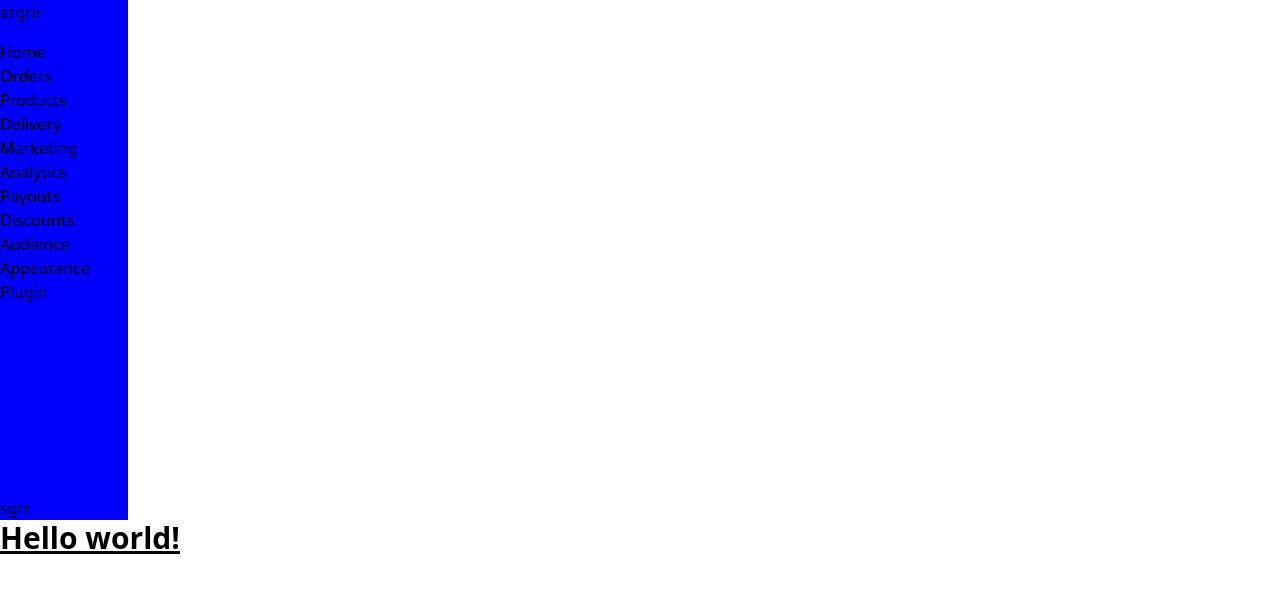
Repository: Yh010/dukaanDashboard
Page: /
These files come from the project's save history. The page is drawn as it stood at one moment and after the next save; the edit follows.
The browser window is 1280 px wide. The pictures show the whole page.
Pictures or frames that could not be fetched are drawn as grey boxes. The project was rebuilt for these pictures with package versions that can differ from the ones it lists, and the page was loaded fresh each time. Also part of the build but not shown: vite.config.js, src/App.css.

Above is the page before, as saved 2024-01-21 14:59:24.

### src/App.jsx
/* import { useState } from 'react' */
/* import reactLogo from './assets/react.svg'
import viteLogo from '/vite.svg' */
import './App.css'
import SideNavBar from './components/sidenavbar'
import Navbar from './components/navbar'

function App() {
/*   const [count, setCount] = useState(0) */

  return (
    <div className='grid grid-cols-10'>
      <div className='col-span-1'>
         <SideNavBar/>
      </div>

      <navbar/>
        <h1 className="text-3xl font-bold underline col-span-9">
            Hello world!
        </h1>

    </div>

  )
}

export default App

### src/components/sidenavbar.jsx
function SideNavBar() {
    return (
        <div className="sidenavbar" style={{backgroundColor:"blue"}} >

            <div className=" space-y-48 justify-between ">
                <div className="space-y-4">
                    <div id="head">
                        ergre
                    </div>

                    <div id="items align-middle">
                        <ul>
                            <li>
                                <button>Home</button>
                            </li>
                            <li>
                                <button>Orders</button>
                            </li>
                            <li>
                                <button>Products</button>
                           </li>
                            <li>
                                 <button>Delivery</button>
                            </li>
                            <li>
                                <button>Marketing</button>
                            </li>
                            <li>
                                <button>Analytics</button>
                            </li>
                            <li>
                                <button>Payouts</button>
                            </li>
                            <li>
                                <button>Discounts</button>
                            </li>

                            <li>
                                <button>Audience</button>
                            </li>
                            <li>
                                <button>Appearance</button>
                            </li>
                            <li>
                                 <button>Plugin</button>
                            </li>
                        </ul>
                    </div>
                </div>

                <div className="shadow-2xl" style={{
                    alignItems:"center",
                }}>
                    sgrr
                </div>
            </div>

        </div>
    );
}

export default SideNavBar;

### src/components/navbar.jsx
export default function Navbar() {
    return (
        <div>


<nav className="bg-white border-gray-200 dark:bg-gray-900">
  <div className="max-w-screen-xl flex flex-wrap items-center justify-between mx-auto p-4">
    <a href="https://flowbite.com/" className="flex items-center space-x-3 rtl:space-x-reverse">
        <img src="https://flowbite.com/docs/images/logo.svg" className="h-8" alt="Flowbite Logo" />
        <span className="self-center text-2xl font-semibold whitespace-nowrap dark:text-white">Flowbite</span>
    </a>
    <button data-collapse-toggle="navbar-default" type="button" className="inline-flex items-center p-2 w-10 h-10 justify-center text-sm text-gray-500 rounded-lg md:hidden hover:bg-gray-100 focus:outline-none focus:ring-2 focus:ring-gray-200 dark:text-gray-400 dark:hover:bg-gray-700 dark:focus:ring-gray-600" aria-controls="navbar-default" aria-expanded="false">
        <span className="sr-only">Open main menu</span>
        <svg className="w-5 h-5" aria-hidden="true" xmlns="http://www.w3.org/2000/svg" fill="none" viewBox="0 0 17 14">
            <path stroke="currentColor" strokeLinecap="round" strokeLinejoin="round" strokeWidth="2" d="M1 1h15M1 7h15M1 13h15"/>
        </svg>
    </button>
    <div className="hidden w-full md:block md:w-auto" id="navbar-default">
      <ul className="font-medium flex flex-col p-4 md:p-0 mt-4 border border-gray-100 rounded-lg bg-gray-50 md:flex-row md:space-x-8 rtl:space-x-reverse md:mt-0 md:border-0 md:bg-white dark:bg-gray-800 md:dark:bg-gray-900 dark:border-gray-700">
        <li>
          <a href="#" className="block py-2 px-3 text-white bg-blue-700 rounded md:bg-transparent md:text-blue-700 md:p-0 dark:text-white md:dark:text-blue-500" aria-current="page">Home</a>
        </li>
        <li>
          <a href="#" className="block py-2 px-3 text-gray-900 rounded hover:bg-gray-100 md:hover:bg-transparent md:border-0 md:hover:text-blue-700 md:p-0 dark:text-white md:dark:hover:text-blue-500 dark:hover:bg-gray-700 dark:hover:text-white md:dark:hover:bg-transparent">About</a>
        </li>
        <li>
          <a href="#" className="block py-2 px-3 text-gray-900 rounded hover:bg-gray-100 md:hover:bg-transparent md:border-0 md:hover:text-blue-700 md:p-0 dark:text-white md:dark:hover:text-blue-500 dark:hover:bg-gray-700 dark:hover:text-white md:dark:hover:bg-transparent">Services</a>
        </li>
        <li>
          <a href="#" className="block py-2 px-3 text-gray-900 rounded hover:bg-gray-100 md:hover:bg-transparent md:border-0 md:hover:text-blue-700 md:p-0 dark:text-white md:dark:hover:text-blue-500 dark:hover:bg-gray-700 dark:hover:text-white md:dark:hover:bg-transparent">Pricing</a>
        </li>
        <li>
          <a href="#" className="block py-2 px-3 text-gray-900 rounded hover:bg-gray-100 md:hover:bg-transparent md:border-0 md:hover:text-blue-700 md:p-0 dark:text-white md:dark:hover:text-blue-500 dark:hover:bg-gray-700 dark:hover:text-white md:dark:hover:bg-transparent">Contact</a>
        </li>
      </ul>
    </div>
  </div>
</nav>

        </div>
    )
}

Loaded but not shown: index.html (common file); src/main.jsx (common file); src/index.css (common file); tailwind.config.js (common file)

After the next save:
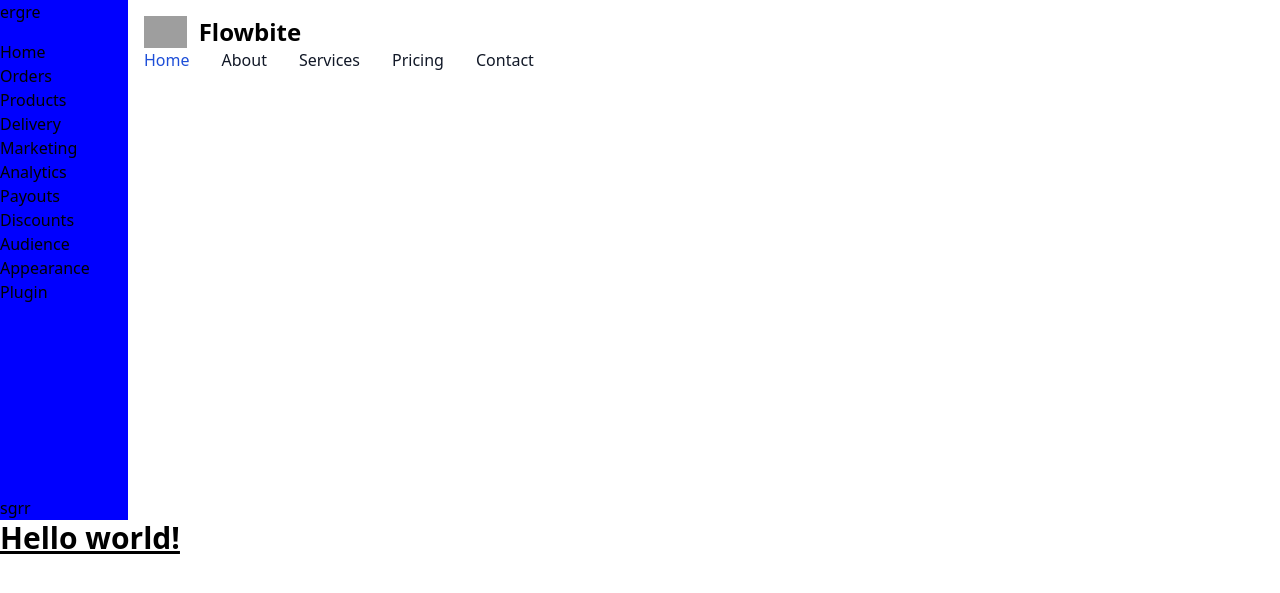
Saved 28 s later.
--- a/src/App.jsx
+++ b/src/App.jsx
@@ -14,7 +14,7 @@ function App() {
          <SideNavBar/>
       </div>
 
-      <navbar/>
+      <Navbar/>
         <h1 className="text-3xl font-bold underline col-span-9">
             Hello world!
         </h1>
